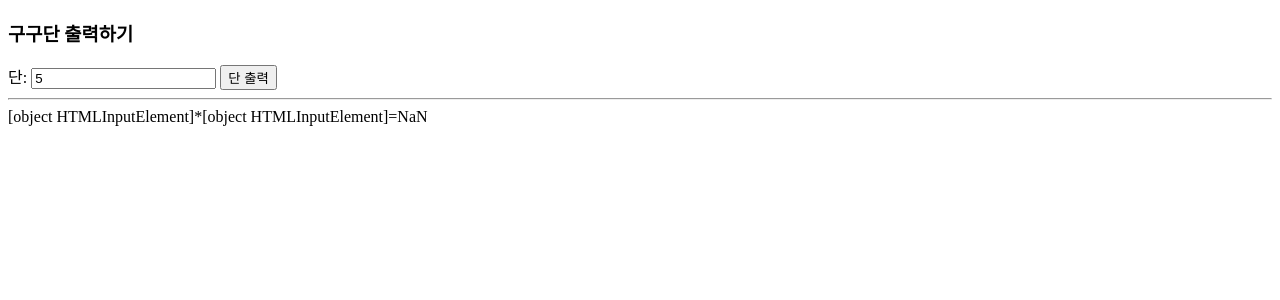
Repository: Jin0207/javaScript
Page: day0103/src/main/webapp/gugudanTest.html
An editor plug-in stored every save of this project. The page is shown before and after the next save, followed by the edit.
The browser window is 1280 px wide. The pictures show the whole page.
Empty fields were first filled with sample values (such as "Sample", 5 or name@example.com).
After loading, the first visible `button` was clicked once.

Above is the page before, as saved 2022-01-03 07:28:55.

After the next save:
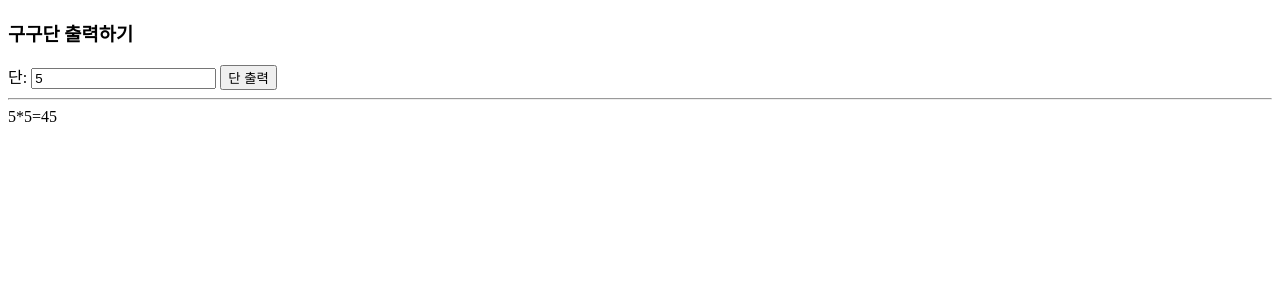
Saved 8 s later.
--- a/day0103/src/main/webapp/gugudanTest.html
+++ b/day0103/src/main/webapp/gugudanTest.html
@@ -6,7 +6,7 @@
 <script type="text/javascript">
 	function gugudan() {
 
-		const dan = document.getElementById("dan");
+		const dan = document.getElementById("dan").value;
 		for(let i = 1; i <= 9; i++){
 			data = dan + "*" + dan + "=" + (dan * i);
 			document.getElementById("result").innerHTML = data;
